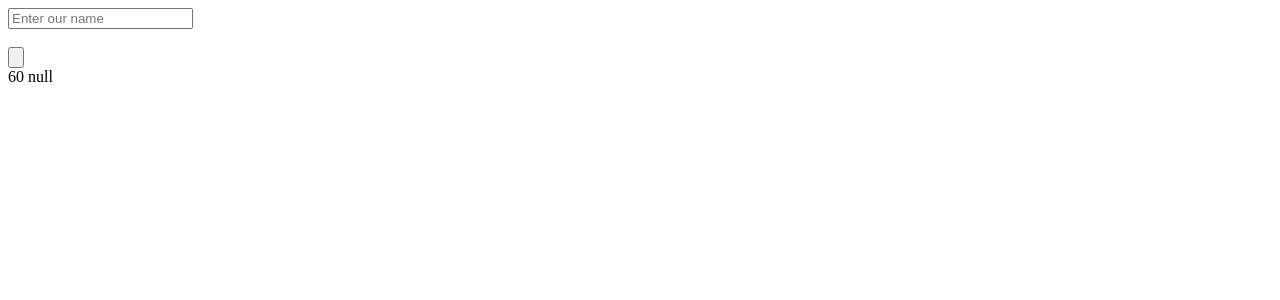
Repository: Boppesurya/advancedjav2
Page: http://localhost/Firstjsp/AmstrongeNumber.jsp
These files come from the project's save history. The page is drawn as it stood at one moment and after the next save; the edit follows.
The browser window is 1280 px wide. The pictures show the whole page.
The page is served by Tomcat 9.

Above is the page before, as saved 2023-06-10 08:43:49.

### Firstjsp/WebContent/AmstrongeNumber.jsp
<%@ page language="java" contentType="text/html; charset=ISO-8859-1"
    pageEncoding="ISO-8859-1"%>
<!DOCTYPE html>
<html>
<head>
<meta charset="ISO-8859-1">
<title>Insert title here</title>
</head>
<body>
<form action="">
<input type="text" placeholder="Enter our name" name="name">
<br><br>
<input type="button">
</form>
<%!
int c=10;
int b= 50;
public int add(){
	return c+b;
}
%>
<%= add() %>
<%
  String n = request.getParameter("name");
%>
<%=
n
%>

</body>
</html>

After the next save:
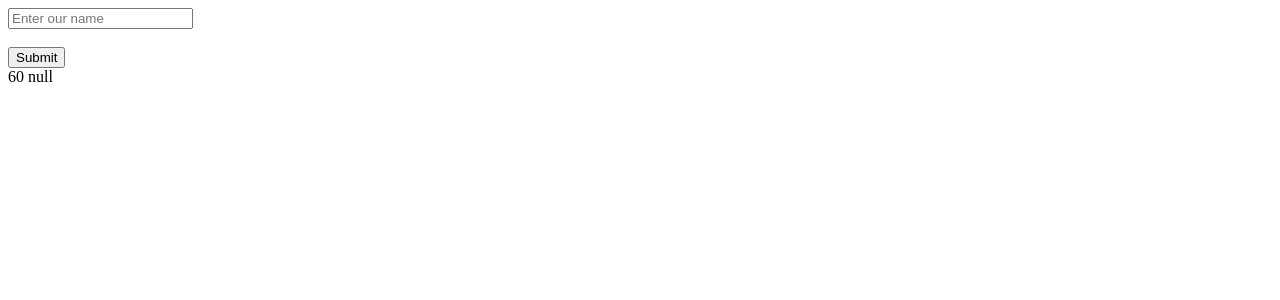
Saved 16 s later.
--- a/Firstjsp/WebContent/AmstrongeNumber.jsp
+++ b/Firstjsp/WebContent/AmstrongeNumber.jsp
@@ -10,7 +10,7 @@
 <form action="">
 <input type="text" placeholder="Enter our name" name="name">
 <br><br>
-<input type="button">
+<input type="submit">
 </form>
 <%!
 int c=10;
